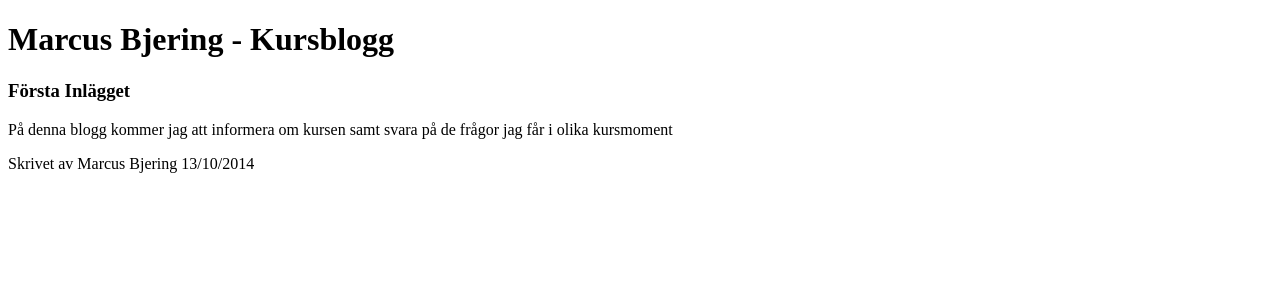
Repository: mb223ks/1IK415-laborationer
Page: index.html
The author's editor kept a record of every edit. The page is drawn from the files as they stood at one moment, then again after the next edit.
The browser window is 1280 px wide. The pictures show the whole page.

Above is the page before.

After the next edit:
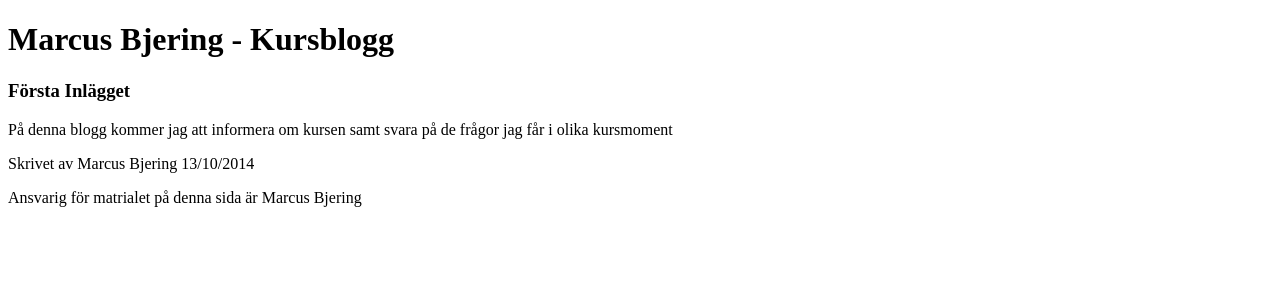
The edit:
--- a/index.html
+++ b/index.html
@@ -10,7 +10,7 @@
         <p>På denna blogg kommer jag att informera om kursen samt svara på de frågor jag får i olika kursmoment</p>
         <p>Skrivet av Marcus Bjering 13/10/2014</p>
         <footer>
-
+        <p>Ansvarig för matrialet på denna sida är Marcus Bjering</p>
         </footer>
     </body>
 </html>
